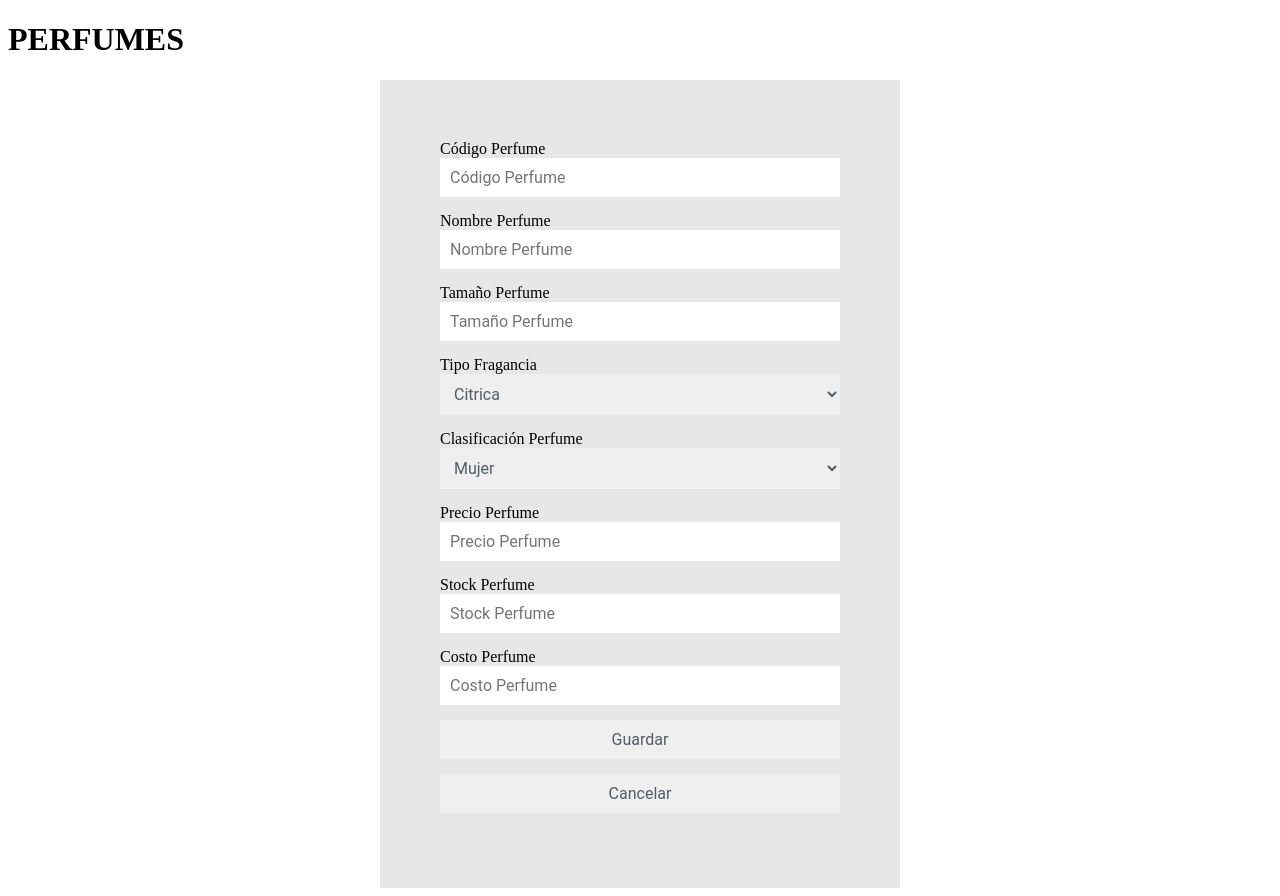
Repository: alejamorenovallejo/arosmile
Page: perfume.html
These files come from the project's save history. The page is drawn as it stood at one moment and after the next save; the edit follows.
The browser window is 1280 px wide. The pictures show the whole page.

Above is the page before, as saved 2021-09-12 02:17:47.
Not found: main.js

### perfume.html
<!DOCTYPE html>
<html>
  <head>
    <meta charset="utf-8" />
    <meta http-equiv="X-UA-Compatible" content="IE=edge" />
    <title>Perfumes</title>
    <meta name="viewport" content="width=device-width, initial-scale=1" />
    <link
      rel="stylesheet"
      type="text/css"
      media="screen"
      href="css/style.css"
    />
    <script src="main.js"></script>
  </head>
  <body>
    <header></header>
    <main>
        <h1>PERFUMES</h1>
        <form action="" method="POST">
          <label for="codigo_perfume">
            <span>Código Perfume</span>
            <input
              type="text"
              id="codigo_perfume"
              name="codigo_perfume"
              placeholder="Código Perfume"
            />
          </label>
          <label for="nombre_perfume">
            <span>Nombre Perfume</span>
            <input
              type="text"
              id="nombre_perfume"
              name="nombre_perfume"
              placeholder="Nombre Perfume"
            />
          </label>
          <label for="tamano_perfume">
            <span>Tamaño Perfume</span>
            <input
              type="number"
              id="tamano_perfume"
              name="tamano_perfume"
              placeholder="Tamaño Perfume"
            />
          </label>
          <label for="tipo_frangancia">
            <span>Tipo Fragancia</span>
            <select
              name="tipo_frangancia"
              id="tipo_frangancia"
              placeholder="Tipo Fragancia"
            >
              <option value="1">Citrica</option>
            </select>
          </label>
          <label for="clasificacion_perfume">
            <span>Clasificación Perfume</span>
            <select
              name="clasificacion_perfume"
              id="clasificacion_perfume"
              placeholder="Clasificación Perfume"
            >
              <option value="1">Mujer</option>
              <option value="2">Hombre</option>
              <option value="3">Infantil</option>
            </select>
          </label>
          <label for="precio_perfume">
            <span>Precio Perfume</span>
            <input
              type="number"
              id="precio_perfume"
              name="precio_perfume"
              placeholder="Precio Perfume"
            />
          </label>
          <label for="stock_perfume">
            <span>Stock Perfume</span>
            <input
              type="number"
              id="stock_perfume"
              name="stock_perfume"
              placeholder="Stock Perfume"
            />
          </label>
          <label for="costo_perfume">
            <span>Costo Perfume</span>
            <input
              type="number"
              id="costo_perfume"
              name="costo_perfume"
              placeholder="Costo Perfume"
            />
          </label>
          <input
            type="submit"
            id="guardar_perfume"
            name="guardar_perfume"
            value="Guardar"
          />
          <input
            type="button"
            id="cancelar_perfume"
            name="cancelar_perfume"
            value="Cancelar"
          />
        </form>
    </main>
  </body>
</html>

### css/style.css
form {
  padding: 60px;
  max-width: 400px;
  background-color: #e7e7e7;
  margin: 0 auto;
}
form input, form select{
    margin-bottom: 15px;
    font-family: "Roboto", sans-serif;
    width: 100%;
    padding: 10px;
    -webkit-box-sizing: border-box;
    box-sizing: border-box;
    border: none;
    color: #525c66;
    font-size: 1em;
    resize: horizontal;
  }

After the next save:
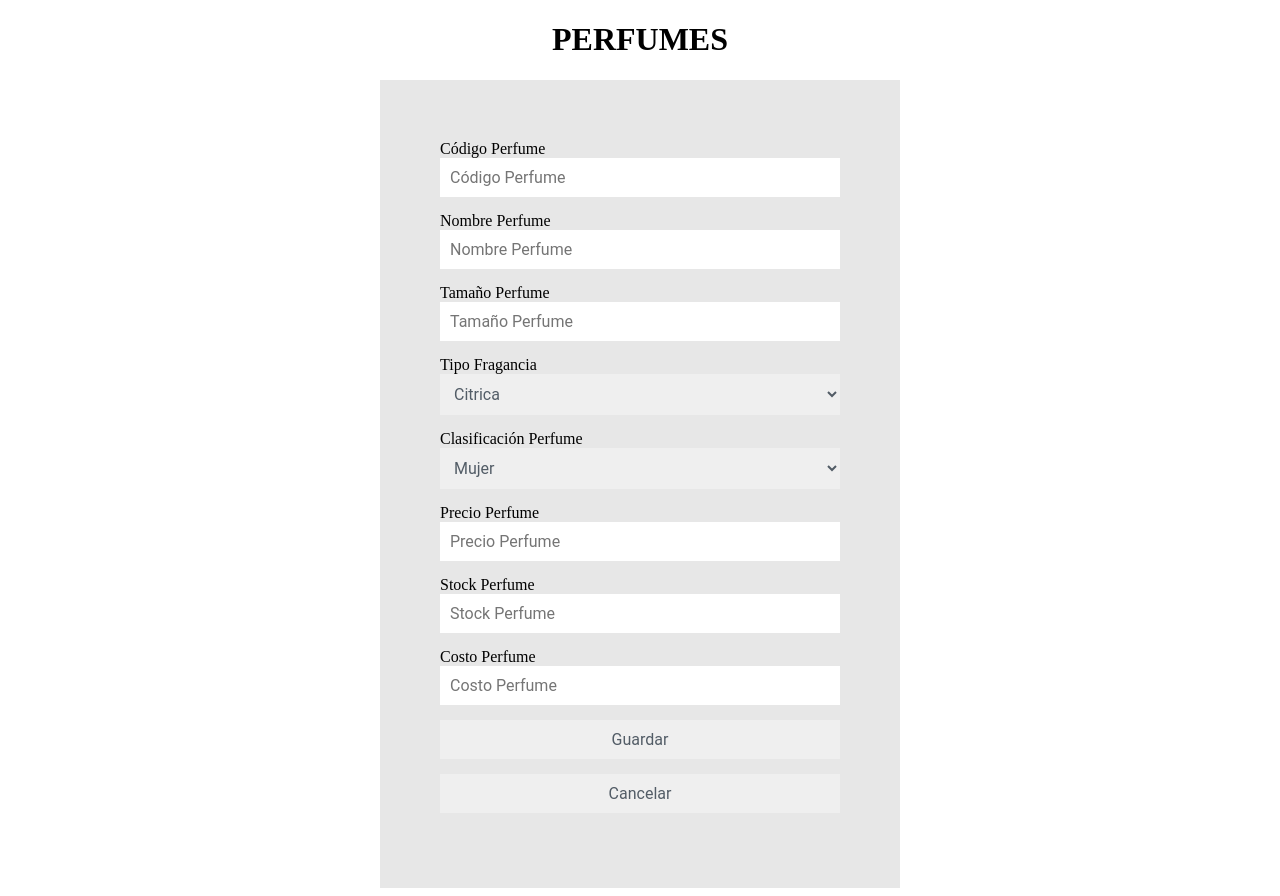
Saved 23 s later.
--- a/css/style.css
+++ b/css/style.css
@@ -15,4 +15,8 @@ form input, form select{
     color: #525c66;
     font-size: 1em;
     resize: horizontal;
-  }
+}
+
+h1 {
+    text-align: center;
+}
